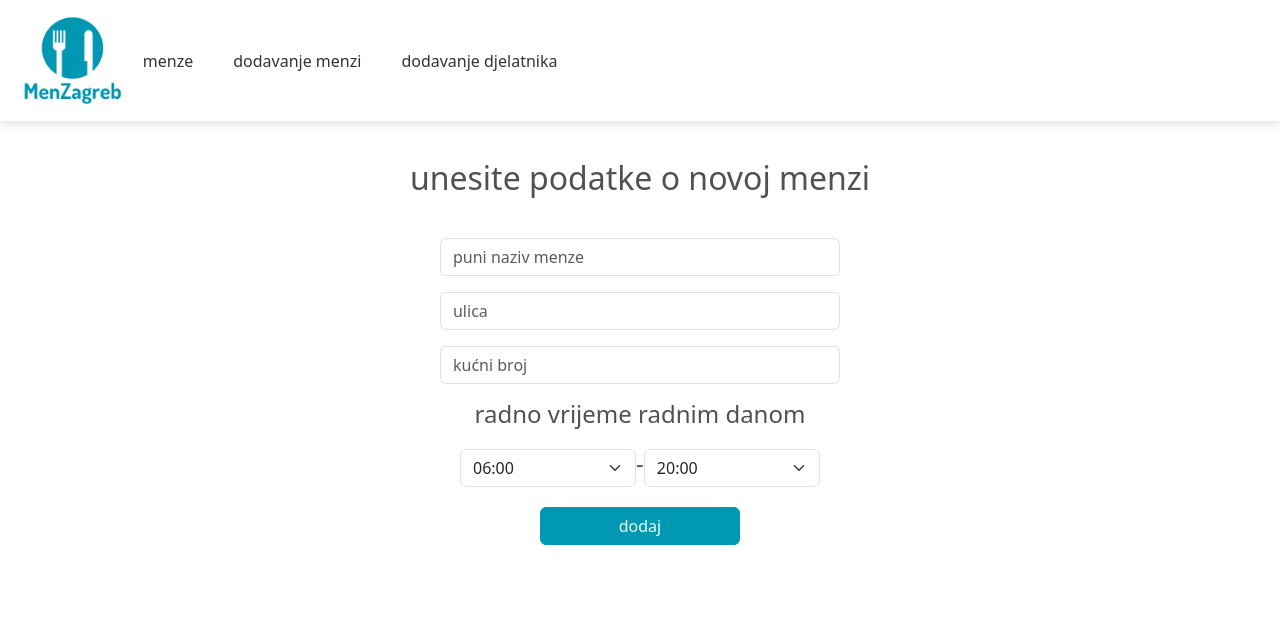
Repository: MENZG/menZg
Page: /admin/dodajMenzu (app in IzvorniKod/)
These files come from the project's save history. The page is drawn as it stood at one moment and after the next save; the edit follows.
The browser window is 1280 px wide. The pictures show the whole page.
The project was rebuilt for these pictures with package versions that can differ from the ones it lists, and the page was loaded fresh each time. Also part of the build but not shown: IzvorniKod/vite.config.ts, IzvorniKod/src/Components/LoginForm.tsx, IzvorniKod/src/Components/AdminLogin.tsx, IzvorniKod/src/Components/EmployeeLogin.tsx, IzvorniKod/src/Components/NavBar.tsx, IzvorniKod/src/Components/ListaMenza.tsx, IzvorniKod/src/Components/Profil.tsx, IzvorniKod/src/Components/AddEmployee.tsx and 5 more.

Above is the page before, as saved 2024-11-07 13:35:20.

### IzvorniKod/index.html
<!DOCTYPE html>
<html lang="en">
  <head>
    <meta charset="UTF-8" />
    <meta name="viewport" content="width=device-width, initial-scale=1.0" />
    <link rel="preconnect" href="https://fonts.googleapis.com">
    <link rel="preconnect" href="https://fonts.gstatic.com" crossorigin>
    <link href="https://fonts.googleapis.com/css2?family=Poiret+One&display=swap" rel="stylesheet">
    <title>MenZG</title>
  </head>
  <body>
    <div id="root"></div>
    <script type="module" src="/src/main.tsx"></script>
  </body>
</html>

### IzvorniKod/src/App.tsx
import {
  BrowserRouter as Router,
  Routes,
  Route,
  Navigate,
} from "react-router-dom";

import LoginForm from "./Components/LoginForm.tsx";
import AdminLogin from "./Components/AdminLogin.tsx";
import "bootstrap/dist/css/bootstrap.min.css";
import EmployeeLogin from "./Components/EmployeeLogin.tsx";
import ListaMenza from "./Components/ListaMenza.tsx";
import Profil from "./Components/Profil.tsx";
import AddMenza from "./Components/AddMenza.tsx";
import AddEmployee from "./Components/AddEmployee.tsx";
import AddWorkingHours from "./Components/AddWorkingHours.tsx";
import AddMeals from "./Components/AddMeals.tsx";
import ListaMenzaAdmin from "./Components/ListaMenzaAdmin.tsx";
import ListaMenzaEmployee from "./Components/ListaMenzaEmployee.tsx";

function App() {
  return (
    <Router>
      <Routes>
        <Route path="/" element={<Navigate to="/login/student" />} />
        <Route path="/login" element={<Navigate to="/login/student" />} />
        <Route path="/login/student" element={<LoginForm />} />
        <Route path="/login/admin" element={<AdminLogin />} />
        <Route path="/login/employee" element={<EmployeeLogin />} />
        <Route path="/menze" element={<ListaMenza />} />
        <Route path="/profil" element={<Profil />} />
        <Route path="/admin/menze" element={<ListaMenzaAdmin />} />
        <Route path="/admin/dodajMenzu" element={<AddMenza />} />
        <Route path="/admin/dodajDjelatnika" element={<AddEmployee />} />
        <Route path="/djelatnik/menze" element={<ListaMenzaEmployee />} />
        <Route path="/djelatnik/dodajJelovnik" element={<AddMeals />} />
        <Route
          path="/djelatnik/dodajRadnoVrijeme"
          element={<AddWorkingHours />}
        />
      </Routes>
    </Router>
  );
}

export default App;

### IzvorniKod/src/Components/AddMenza.tsx
import NavBarAdmin from "./NavBarAdmin";
import { Button, Form } from "react-bootstrap";
import "/src/styles/AddMenza.css";

function AddMenza() {
  return (
    <>
      <NavBarAdmin />
      <div className="dodaj-menzu-container">
        <h2 className="h2">unesite podatke o novoj menzi</h2>
        <Form className="w-100" style={{ maxWidth: "400px" }}>
          <Form.Group className="mb-3">
            <Form.Control
              className="form-control"
              type="text"
              placeholder="puni naziv menze"
            />
          </Form.Group>

          <Form.Group className="mb-3">
            <Form.Control
              className="form-control"
              type="text"
              placeholder="ulica"
            />
          </Form.Group>

          <Form.Group className="mb-3">
            <Form.Control
              className="form-control"
              type="text"
              placeholder="kućni broj"
            />
          </Form.Group>

          <h4 className="h4">radno vrijeme radnim danom</h4>
          <div className="select-container">
            <select className="form-select" aria-label="Default select example">
              <option selected>06:00</option>
              <option value="6">06:00</option>
              <option value="7">07:00</option>
              <option value="8">08:00</option>
              <option value="9">09:00</option>
              <option value="10">10:00</option>
              <option value="11">11:00</option>
              <option value="12">12:00</option>
              <option value="13">13:00</option>
              <option value="14">14:00</option>
              <option value="15">15:00</option>
              <option value="16">16:00</option>
              <option value="17">17:00</option>
              <option value="18">18:00</option>
              <option value="19">19:00</option>
              <option value="20">20:00</option>
              <option value="21">21:00</option>
              <option value="22">22:00</option>
              <option value="23">23:00</option>
            </select>
            <h4 className="h4"> - </h4>
            <select className="form-select" aria-label="Default select example">
              <option selected>20:00</option>
              <option value="6">06:00</option>
              <option value="7">07:00</option>
              <option value="8">08:00</option>
              <option value="9">09:00</option>
              <option value="10">10:00</option>
              <option value="11">11:00</option>
              <option value="12">12:00</option>
              <option value="13">13:00</option>
              <option value="14">14:00</option>
              <option value="15">15:00</option>
              <option value="16">16:00</option>
              <option value="17">17:00</option>
              <option value="18">18:00</option>
              <option value="19">19:00</option>
              <option value="20">20:00</option>
              <option value="21">21:00</option>
              <option value="22">22:00</option>
              <option value="23">23:00</option>
            </select>
          </div>

          <Button variant="primary" type="submit" className="w-50 mb-3">
            dodaj
          </Button>
        </Form>
      </div>
    </>
  );
}

export default AddMenza;

### IzvorniKod/src/styles/ListaMenza.css
/*.card-container {
    display: grid;
    grid-template-columns: repeat(auto-fill, minmax(18rem, 1fr));
    gap: 1rem;
    padding: 1rem;
    justify-items: center;
    align-items: start;
    padding-top: 20vh;
  }*/

  .card-container {
    display: grid;
    grid-template-columns: repeat(3, 1fr); /* Maksimalno 3 stupca */
    gap: 1rem;
    padding: 1rem;
    justify-items: center;
    justify-content: center;
    align-items: start;
    padding-top: 20vh;
    max-width: 75vw; /* Održite ovu širinu za udaljenost od rubova */
    margin-left: auto; /* Centriranje pomoću automatskih margina */
    margin-right: auto;
  }

  /* Smanji na 2 stupca za srednje ekrane */
  @media (max-width: 768px) {
    .card-container {
      grid-template-columns: repeat(2, 1fr);
    }
  }

  /* Smanji na 1 stupac za male ekrane (mobitele) */
  @media (max-width: 480px) {
    .card-container {
      grid-template-columns: 1fr;
    }
  }

  .card {
    box-shadow: 0px 4px 8px rgba(0, 0, 0, 0.2);
    border-radius: 8px;
    transition: transform 0.3s ease;
  }

  .card:hover {
    transform: scale(1.05);
  }

  .card img {
    border-top-left-radius: 8px;
    border-top-right-radius: 8px;
    object-fit: cover;
    height: 25vh;
  }

  .btn-primary{
    background-color: #0098b3;
    color: azure;
    border-color: #0098b3;
  }

  .btn-primary:hover{
    background-color: #00758a;
    border-color: #00758a;
  }

  .button-container {
    text-align: center;
  }

### IzvorniKod/src/Components/NavBarAdmin.tsx
import "/src/styles/NavBar.css";
import { useNavigate } from "react-router-dom";
import { Button } from "react-bootstrap";

const NavBarAdmin = () => {
  const navigate = useNavigate();

  const handleOnClickMenze = () => {
    navigate("/admin/menze");
  };

  const handleOnClickAddMenza = () => {
    navigate("/admin/dodajMenzu");
  };

  const handleOnClickAddEmployee = () => {
    navigate("/admin/dodajDjelatnika");
  };
  return (
    <nav className="navbar navbar-expand-lg bg-body-tertiary navbar-bg">
      <div className="container-fluid">
        <img
          src="/src/public/MenZagreb.png"
          alt="logo slika"
          className="logo-img"
        ></img>
        <div className="nav-btn-container">
          <ul className="navbar-nav me-auto mb-2 mb-lg-0">
            <li className="nav-item">
              <Button className="nav-btn" onClick={handleOnClickMenze}>
                menze
              </Button>
            </li>
            <li className="nav-item">
              <Button className="nav-btn" onClick={handleOnClickAddMenza}>
                dodavanje menzi
              </Button>
            </li>
            <li className="nav-item">
              <Button className="nav-btn" onClick={handleOnClickAddEmployee}>
                dodavanje djelatnika
              </Button>
            </li>
          </ul>
        </div>
      </div>
    </nav>
  );
};

export default NavBarAdmin;

### IzvorniKod/src/styles/AddMenza.css
.dodaj-menzu-container{
    display: flex;
    flex-direction: column;
    align-items: center; /* Centers the children horizontally */
    justify-content: center; /* Centers the children vertically, if needed */
    text-align: center;
}

.h2{
    color: rgb(81, 81, 81);
    margin-bottom: 40px;
}
.h4{
    color: rgb(81, 81, 81);
}

body {
    display: flex;
    justify-content: center; /* Centers horizontally */
    align-items: center; /* Centers vertically */
    min-height: 100vh; /* Ensures the body takes the full height of the viewport */
    margin: 0; /* Removes default margin */
  }

.select-container{
    display: flex;
    flex-direction: row;
    margin: 20px;
}

### IzvorniKod/src/styles/AddEmployee.css
.dodaj-djelatnika-container{
    display: flex;
    flex-direction: column;
    align-items: center; /* Centers the children horizontally */
    justify-content: center; /* Centers the children vertically, if needed */
    text-align: center;
}

.h2{
    color: rgb(81, 81, 81);
    margin-bottom: 40px;
}

body {
    display: flex;
    justify-content: center; /* Centers horizontally */
    align-items: center; /* Centers vertically */
    min-height: 100vh; /* Ensures the body takes the full height of the viewport */
    margin: 0; /* Removes default margin */
  }

### IzvorniKod/src/styles/NavBar.css
.logo-img {
    height: 14vh;
    margin: 0;
}

.nav-item .nav-btn {
    background: none; /* Ukloni pozadinu */
    border: none; /* Ukloni okvir */
    color: #333; /* Postavi osnovnu boju teksta */
    font-weight: normal; /* Postavi običan tekst bez boldovanja */
    cursor: pointer; /* Prikaz kursora kao pointer */
    padding: 0; /* Ukloni padding */
    text-decoration: none; /* Ukloni podvlačenje teksta */
    margin: 0 20px; /* Dodaj horizontalni razmak između dugmadi */
}

.nav-item .nav-btn:hover {
    color: #0098b3; /* Promeni boju teksta na hover */
    background: none;
}

.nav-btn-container {
    display: flex;
    justify-content: center;
    flex-direction: row;
    gap: 20px; /* Razmak između dugmadi */
    width: 100%; /* Proširi na celu širinu navigacije */
    align-items: center; /* Vertikalno centriraj dugmad */
}
.navbar-bg {
    background-color: white !important; /* Prisiljava belu pozadinu */
}
.navbar {
    position: fixed;
    top: 0;
    left: 0;
    width: 100%;
    z-index: 1000; /* Ensures the navbar stays on top of other elements */
    background-color: white; /* Ensures the navbar background stays visible */
    box-shadow: 0 4px 8px rgba(0, 0, 0, 0.1); /* Adds shadow */
    padding: 10px 10px;
}
.container-fluid{
    margin: 0;
}

Loaded but not shown: IzvorniKod/src/main.tsx (common file)

After the next save:
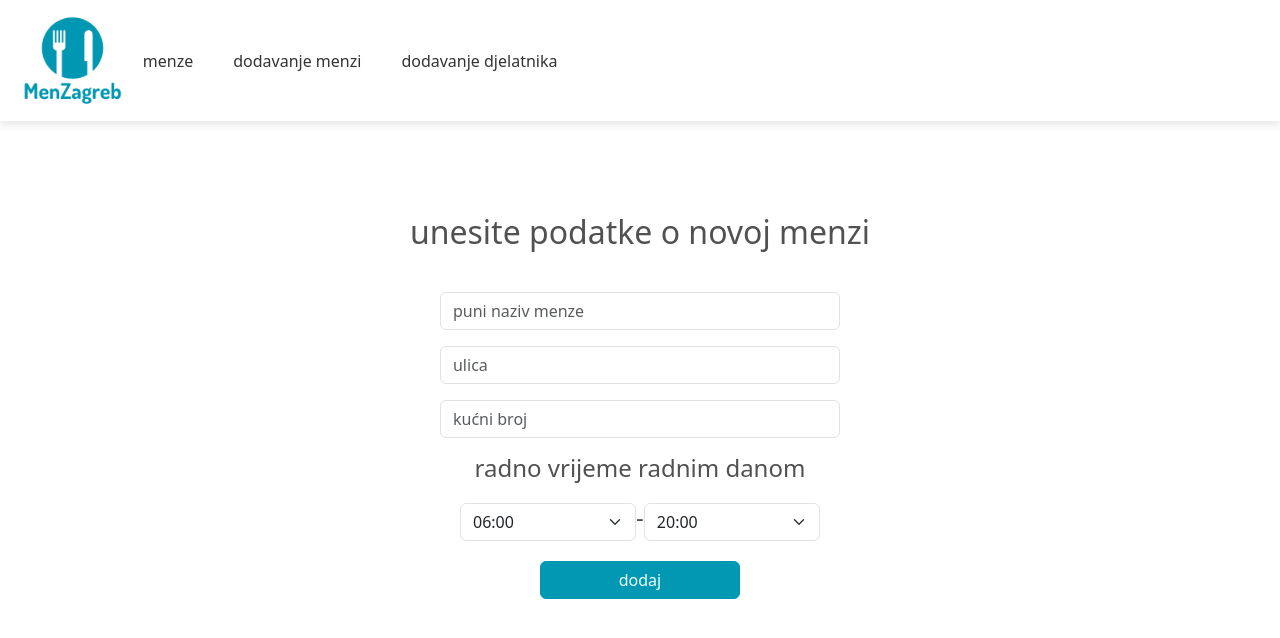
Saved 56 s later.
--- a/IzvorniKod/src/styles/AddMenza.css
+++ b/IzvorniKod/src/styles/AddMenza.css
@@ -4,6 +4,7 @@
     align-items: center; /* Centers the children horizontally */
     justify-content: center; /* Centers the children vertically, if needed */
     text-align: center;
+    padding-top: 15vh;
 }
 
 .h2{
